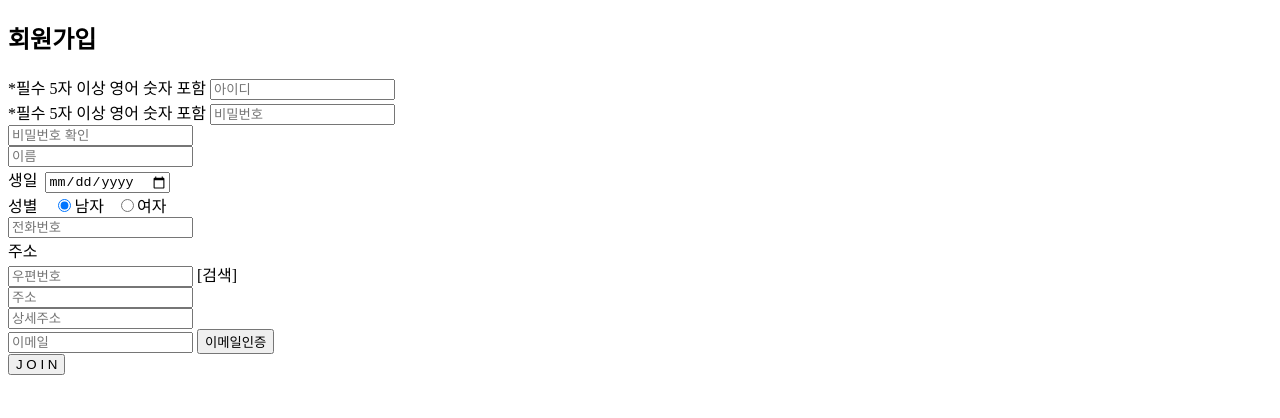
Repository: chmyj2/Team2_Final-project
Page: http://localhost/FinalProject/WEB-INF/views/2Team/t2login/t2_join.jsp
These files come from the project's save history. The page is drawn as it stood at one moment and after the next save; the edit follows.
The browser window is 1280 px wide. The pictures show the whole page.
The page is served by Tomcat 9. Nobody is signed in. Other server files are loaded and not shown. The template is opened directly, without the code that normally fills it, so the values that code supplies are empty.

Above is the page before, as saved 2022-09-02 07:31:31.

### FinalProject/src/main/webapp/WEB-INF/views/2Team/t2login/t2_join.jsp
<%@ page language="java" contentType="text/html; charset=UTF-8"
    pageEncoding="UTF-8"%>
<%@ taglib uri="http://java.sun.com/jsp/jstl/core" prefix="c" %>
<!DOCTYPE html>
<html>
<head>
<meta charset="UTF-8">
<title>Insert title here</title>
</head>
<body>
<div class="t2-join-outdiv">
<form action="joinDo" method="POST" class="joinForm" name="joinForm" onsubmit="return joinCheck()">

      <h2>회원가입</h2>
      <div class="join-textForm">
      	<span class="jointxt">*필수 5자 이상 영어 숫자 포함</span>
        <input name="member_ID" type="text" class="join-id" placeholder="아이디" id="joinMember_ID">
        <span id="idcheckResult"></span> <br>
        <span id="IDValidCheck"></span>
      </div>

      <div class="join-textForm">
      	<span class="jointxt">*필수 5자 이상 영어 숫자 포함</span>
        <input name="member_PW"  class="join-pw" placeholder="비밀번호">
      </div>

       <div class="join-textForm">
        <input name="loginPwConfirm"  class="join-pw2" placeholder="비밀번호 확인">
        <span class="pwCheckResult"></span>
      </div>

      <div class="join-textForm">
        <input name="member_name"  class="join-name" placeholder="이름">
      </div>

      <div class="join-textForm brith">
      	생일&nbsp;&nbsp;<input name="member_birth" type="date" class="join-birth" >
      </div>

      <div class="join-textForm brith">
      	성별 &nbsp;&nbsp;
        <input name="member_sex" type="radio" class="join-sex" value="m" checked="checked">남자
        &nbsp;&nbsp;<input name="member_sex" type="radio" class="join-sex" value="w">여자
      </div>

      <div class="join-textForm">
        <input name="member_phoneNum" type="number" class="join-cellphoneNo" placeholder="전화번호">
      </div>

      <div class="join-textForm addr">
       주소<br>
        <input id="join_addr3Input" readonly="readonly" name="m_addr3" maxlength="5" autocomplete="off" placeholder="우편번호">
		<span id="addrSearchBtn">[검색]</span><br>
		<input id="join_addr1Input" readonly="readonly" name="m_addr1" maxlength="30" autocomplete="off" placeholder="주소"><br>
		<input id="join_addr2Input" name="m_addr2" maxlength="30" autocomplete="off" placeholder="상세주소">
      </div>

       <div class="join-textForm">
        <input name="member_email" type="email" id="join-email" placeholder="이메일">
        <button type="button" id="join_mail_check">이메일인증</button><br>
        <input placeholder="인증번호를 입력해주세요" id="join_mail_num" type="hidden">
        <input type="hidden" id="join_num_check" value="emailUnCheck">
      <span id="mail-check-warn"></span> <!-- 인증코드 확인 -->
      <span id="emailcheckResult"></span> <!-- 중복확인 -->
      </div>

      <input type="hidden" name="member_linkWhere" value="1">
      <input type="hidden" name="member_paper" value="동의">
      <input type="submit" class="join-btn" value="J O I N"/>
    </form>
    </div>
</body>
</html>

After the next save:
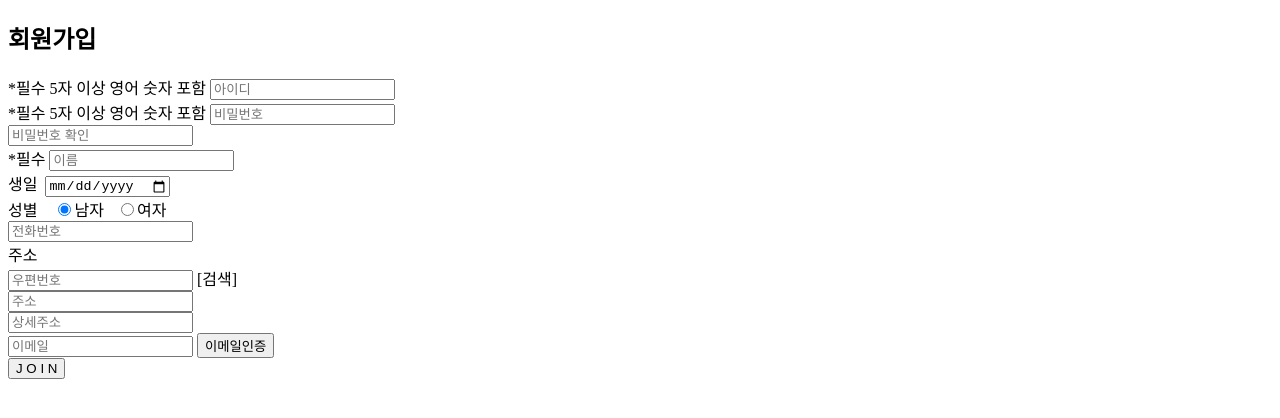
Saved 10 s later.
--- a/FinalProject/src/main/webapp/WEB-INF/views/2Team/t2login/t2_join.jsp
+++ b/FinalProject/src/main/webapp/WEB-INF/views/2Team/t2login/t2_join.jsp
@@ -30,6 +30,7 @@
       </div>
 
       <div class="join-textForm">
+      <span class="jointxt">*필수</span>
         <input name="member_name"  class="join-name" placeholder="이름">
       </div>
 
